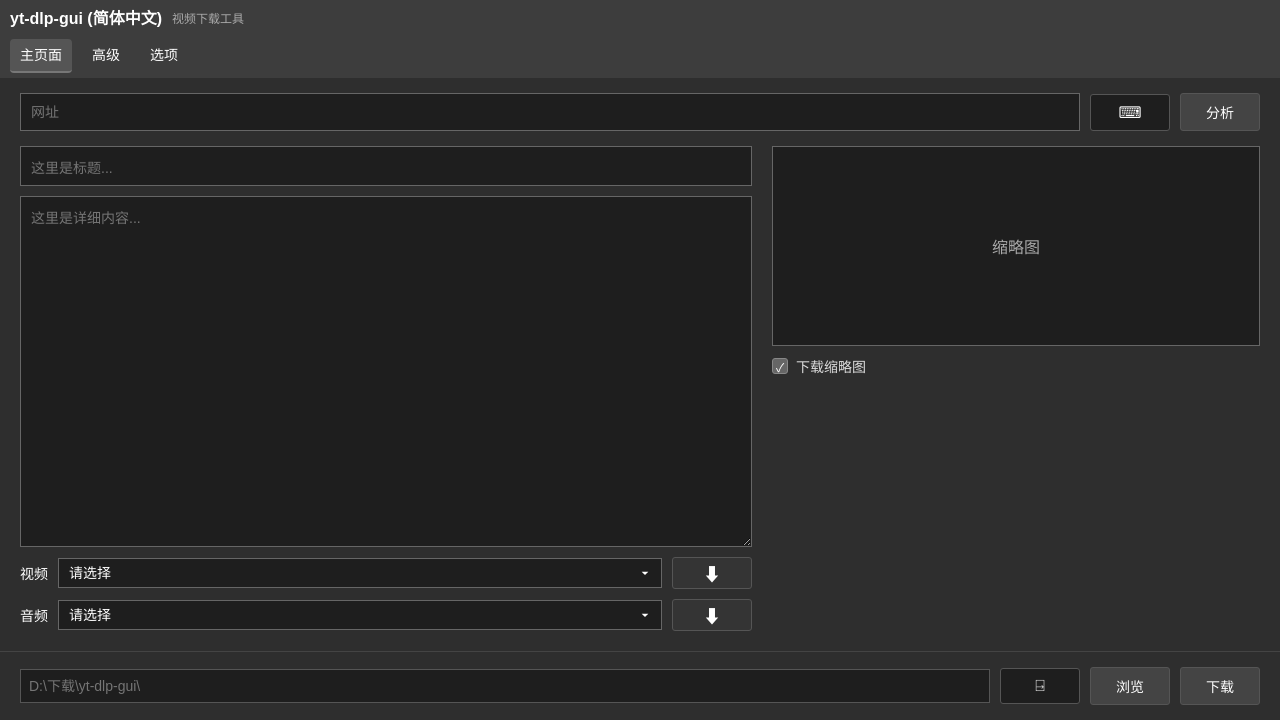
Repository: zArvin6808/yt-TubeSaver
Page: index.html
These files come from the project's save history. The page is drawn as it stood at one moment and after the next save; the edit follows.
The browser window is 1280 px wide. The pictures show the whole page.

Above is the page before, as saved 2025-06-07 15:52:33.

After the next save:
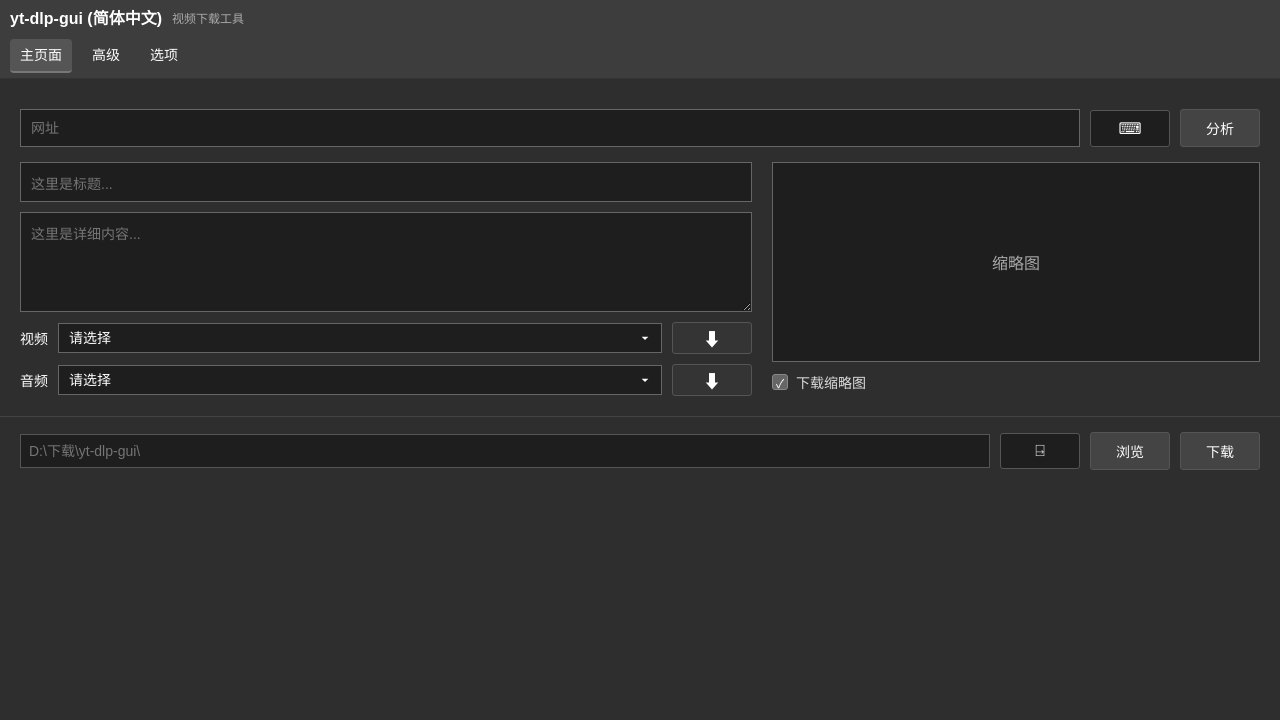
Saved 29 s later.
--- a/style.css
+++ b/style.css
@@ -376,10 +376,58 @@
       line-height: 1.6;
     }
 
+    /* 导航栏 */
+    .navbar {
+      display: flex;
+      border-bottom: 1px solid #333;
+      margin-bottom: 15px;
+    }
+
+    .nav-link {
+      padding: 10px 15px;
+      color: #aaa;
+      text-decoration: none;
+      transition: all 0.2s ease;
+    }
+
+    .nav-link:hover {
+      color: #fff;
+      background-color: #333;
+    }
+
+    .nav-link.active {
+      color: #fff;
+      border-bottom: 2px solid #4a8cff;
+    }
+
+    /* 页面切换 */
+    .page {
+      display: none;
+    }
+
+    .page.active {
+      display: block;
+    }
+
     /* 加载状态 */
     button[disabled] {
       opacity: 0.7;
       cursor: not-allowed;
+    }
+
+    .spinner {
+      display: inline-block;
+      width: 12px;
+      height: 12px;
+      border: 2px solid rgba(255,255,255,0.3);
+      border-radius: 50%;
+      border-top-color: #fff;
+      animation: spin 1s ease-in-out infinite;
+      margin-right: 5px;
+    }
+
+    @keyframes spin {
+      to { transform: rotate(360deg); }
     }
 
     /* 提示消息 */
